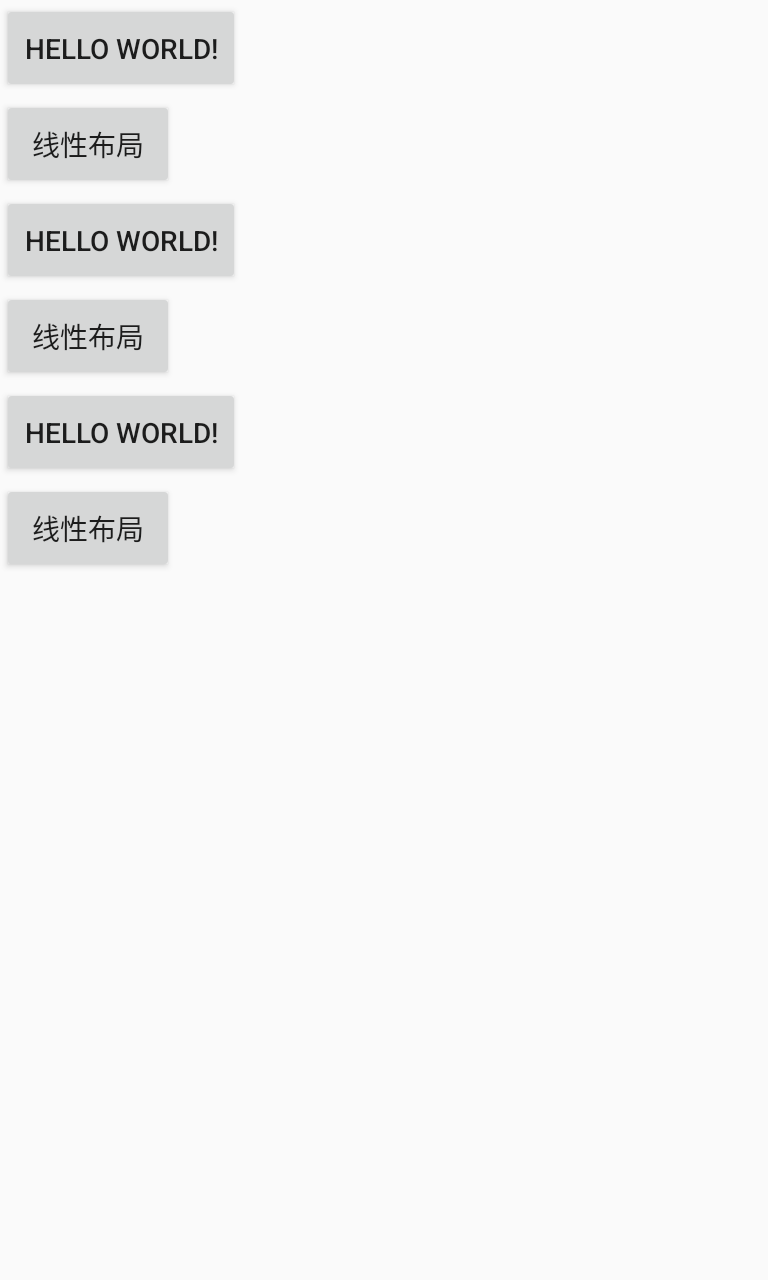
Repository: A207/guanjingjing
Layout: day4/Second/res/layout/activity_main.xml
The author's editor kept a copy of each file at every save. The layout is drawn from the files as they stood at one save, then again after the next save.
It is drawn on a 768 x 1280 px phone screen (xhdpi) without system bars, with theme AppTheme; the app's code is not run.

Above is the layout before, as saved 2015-07-09 09:19:03.

After the next save:
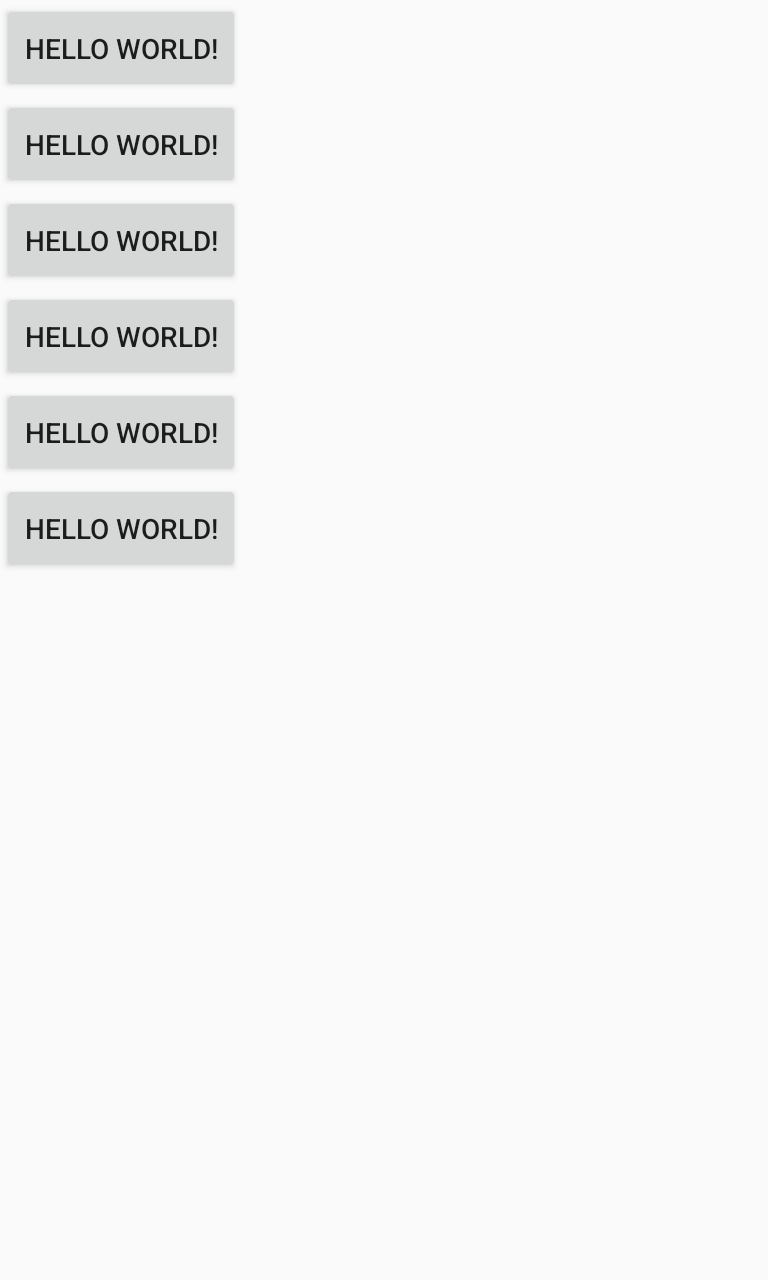
Saved 53 s later.
--- a/day4/Second/res/layout/activity_main.xml
+++ b/day4/Second/res/layout/activity_main.xml
@@ -10,7 +10,7 @@
     <Button
         android:layout_width="wrap_content"
         android:layout_height="wrap_content"
-        android:text="线性布局" />
+        android:text="@string/hello_world" />
     <Button
         android:layout_width="wrap_content"
         android:layout_height="wrap_content"
@@ -18,7 +18,7 @@
     <Button
         android:layout_width="wrap_content"
         android:layout_height="wrap_content"
-        android:text="线性布局" />
+        android:text="@string/hello_world" />
     <Button
         android:layout_width="wrap_content"
         android:layout_height="wrap_content"
@@ -26,6 +26,6 @@
     <Button
         android:layout_width="wrap_content"
         android:layout_height="wrap_content"
-        android:text="线性布局" />
+        android:text="@string/hello_world" />
 
 </LinearLayout>
